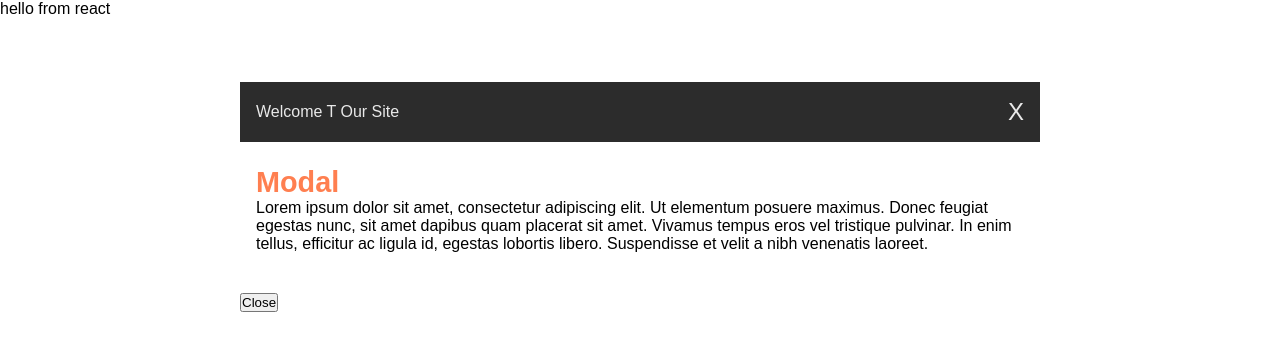
Repository: KrzysKolo/sr_tydzien5_zad1
Page: /
The author's editor kept a copy of each file at every save. The page is drawn from the files as they stood at one save, then again after the next save.
The browser window is 1280 px wide. The pictures show the whole page.
The project was rebuilt for these pictures with package versions that can differ from the ones it lists, and the page was loaded fresh each time.

Above is the page before, as saved 2020-12-18 13:44:27.

After the next save:
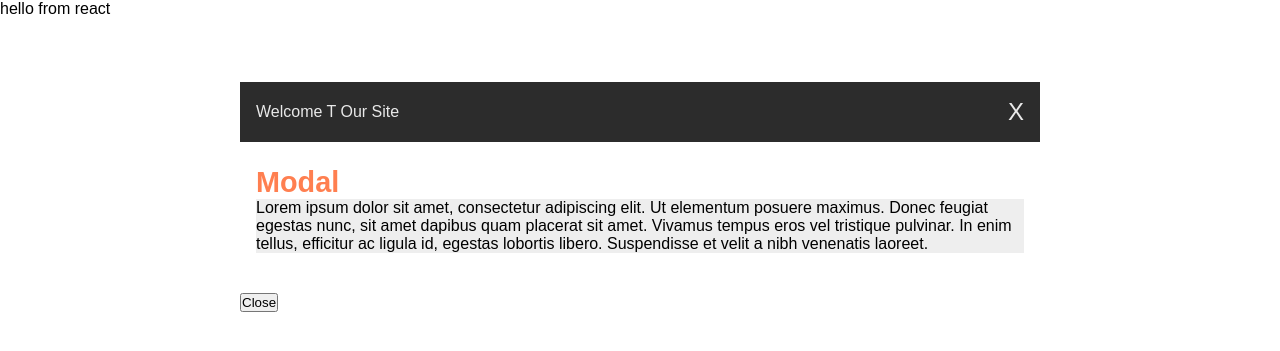
Saved 3 min 53 s later.
--- a/src/components/modal/Modal.css
+++ b/src/components/modal/Modal.css
@@ -34,3 +34,7 @@ body {
   font-size: 1.8rem;
   color: coral;
 }
+.modal-body p {
+  font-size: 1rem;
+  background-color: #eee;
+}
